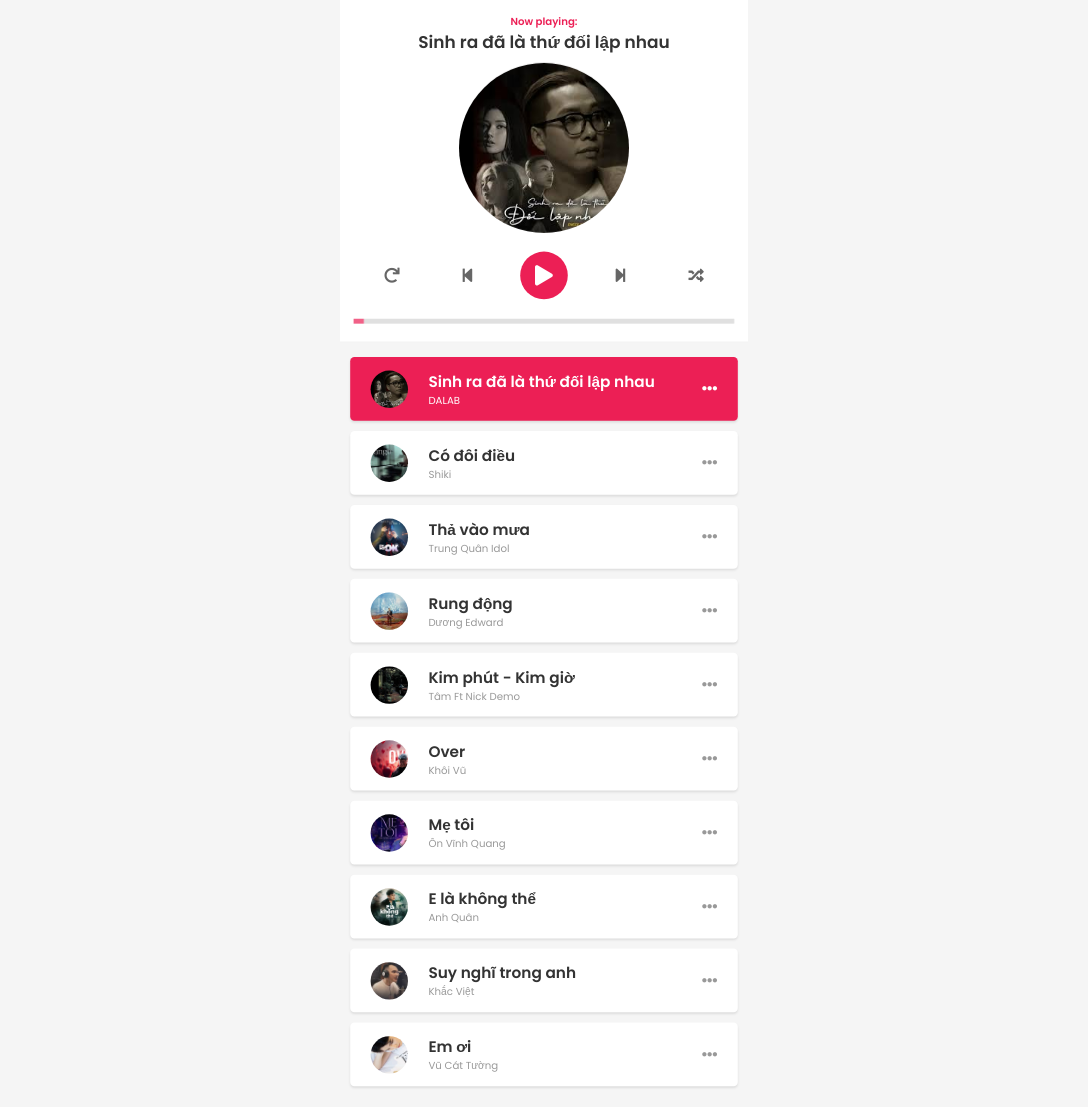
Repository: PhanPhuongNam2108/SiTrumChill
Page: index.html
These files come from the project's save history. The page is drawn as it stood at one moment and after a run of saves; the edit follows.
The browser window is 1280 px wide. The pictures show the whole page, at 85% of full size.
Pictures or frames that could not be fetched are drawn as grey boxes.

Above is the page before, as saved 2025-11-27 14:05:37.

After the next 4 saves:
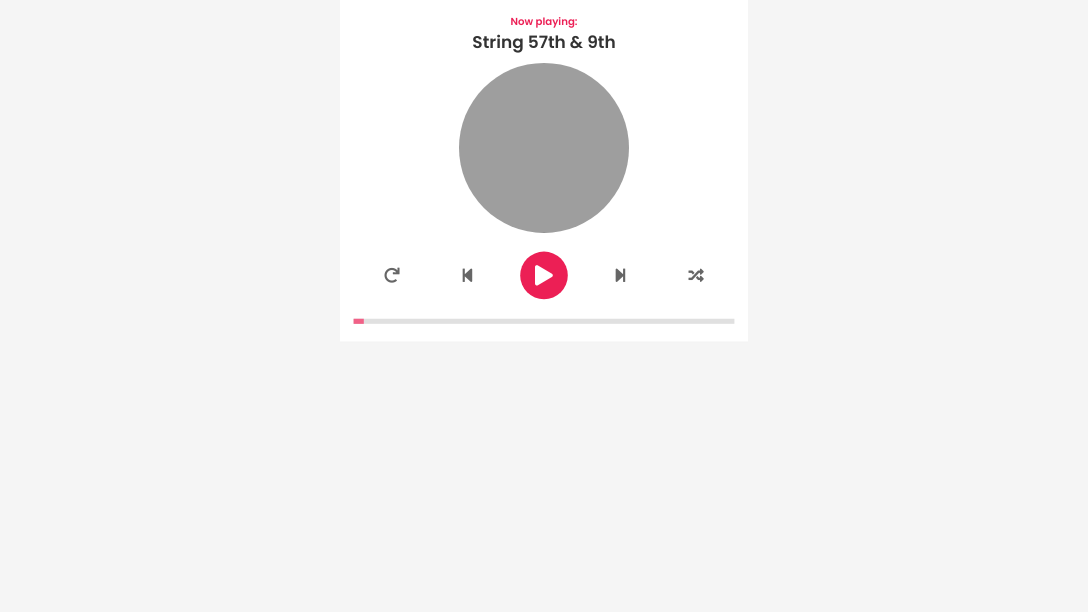
Console error: SyntaxError: Unexpected token ')'
The 4 saves are shown as one change because they came seconds apart.
The last was saved 5 min 20 s later.
--- a/index.html
+++ b/index.html
@@ -268,8 +268,7 @@
 
       //Lắng nghe hành vi click vào playlist
       playlist.onclick = function() {
-        if(e.target.closest('.song:not(.active)') &&
-        !e.target.closest('.option')
+        if(e.target.closest('.song:not(.active)') || e.
       ) {
           console.log(e.target)
         }

After the save that followed:
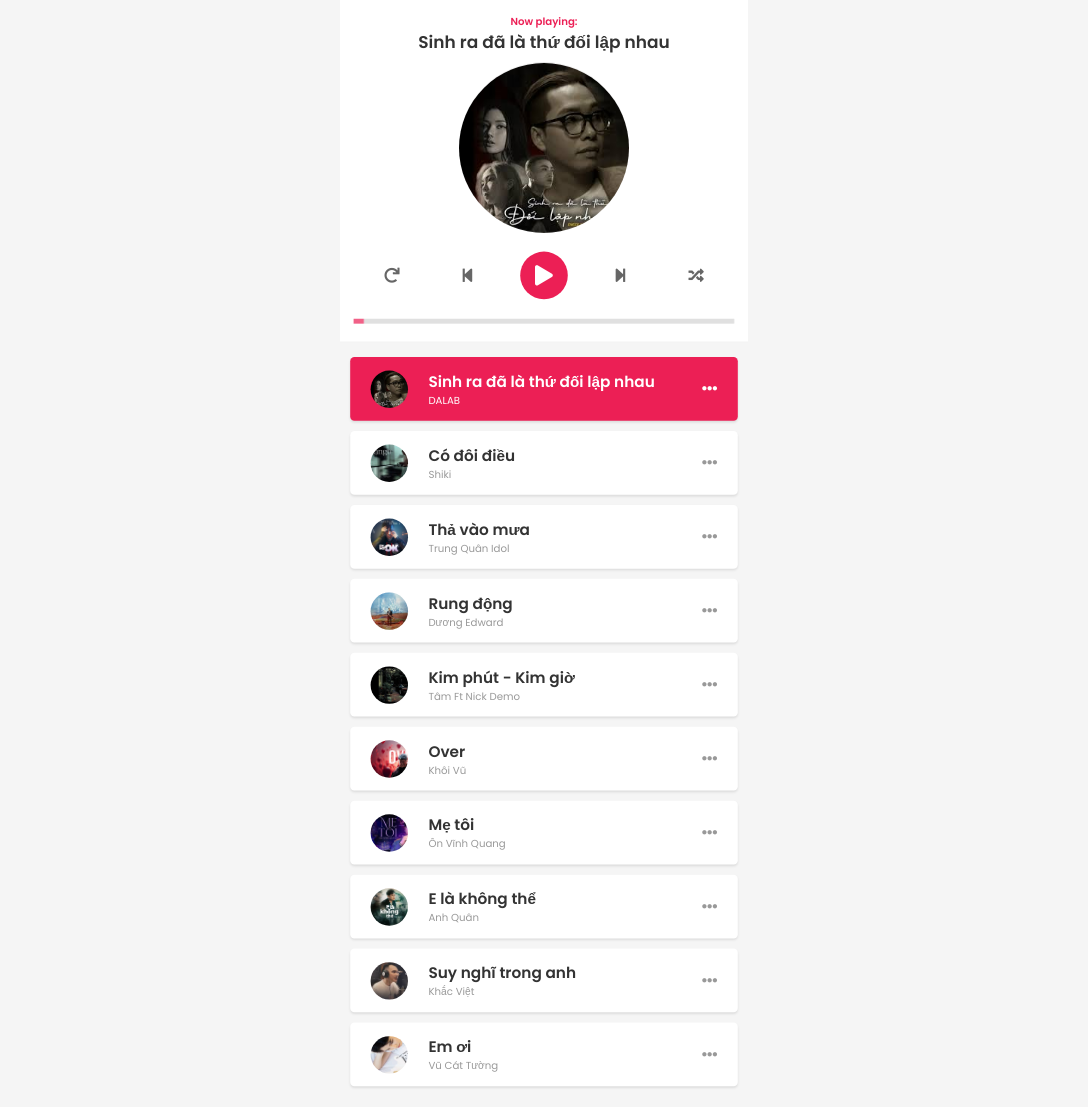
The error is gone.
Saved 4 s later.
--- a/index.html
+++ b/index.html
@@ -268,7 +268,7 @@
 
       //Lắng nghe hành vi click vào playlist
       playlist.onclick = function() {
-        if(e.target.closest('.song:not(.active)') || e.
+        if(e.target.closest('.song:not(.active)') || e.target
       ) {
           console.log(e.target)
         }
